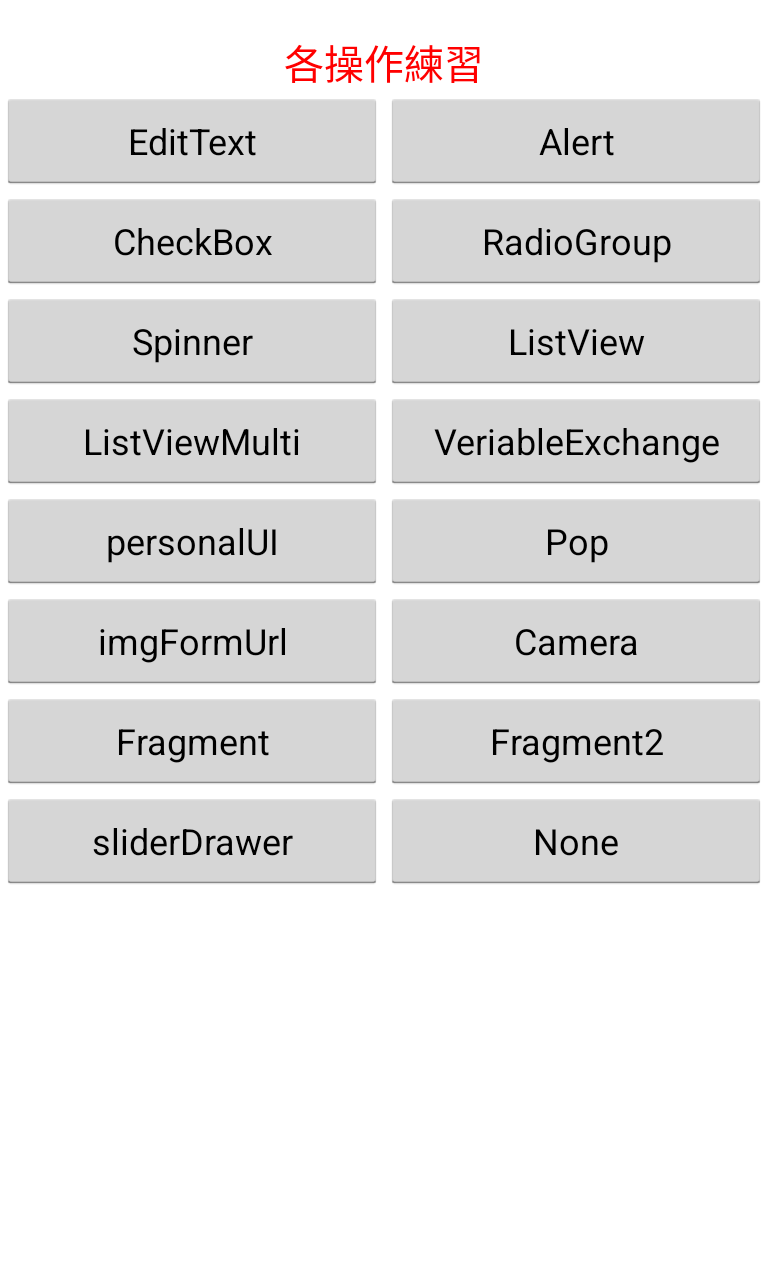
Repository: NTUSTCMAPP/cmapp
Layout: Test/Test/res/layout/activity_main.xml
An editor plug-in stored every save of this project. The layout is shown before and after the next save, followed by the edit.
It is drawn on a 768 x 1280 px phone screen (xhdpi) without system bars, with theme AppTheme; the app's code is not run. The app's manifest (not shown) leaves right-to-left support off. So textAlignment, textDirection and layoutDirection are ignored, and left and right values win over start and end ones.

Above is the layout before, as saved 2015-04-26 11:44:22.

After the next save:
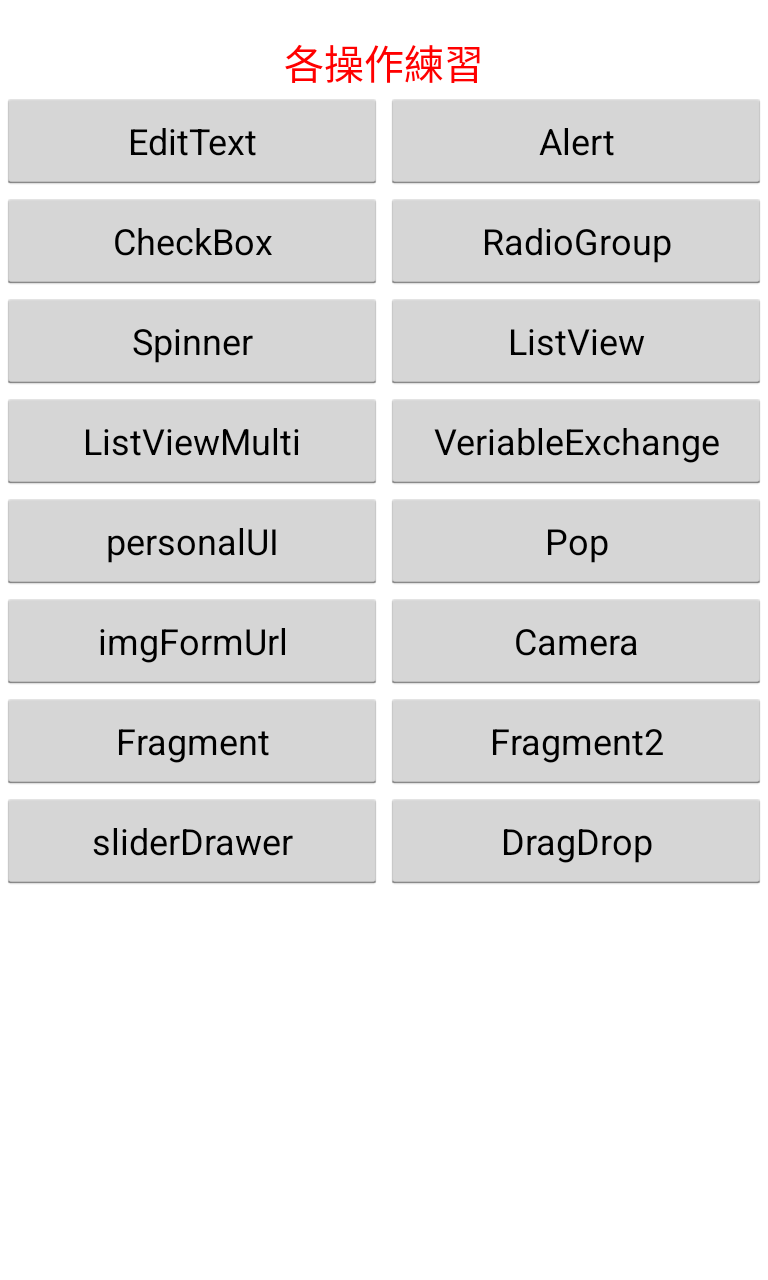
Saved 24 min 28 s later.
--- a/Test/Test/res/layout/activity_main.xml
+++ b/Test/Test/res/layout/activity_main.xml
@@ -223,12 +223,12 @@
 	        android:text="sliderDrawer" />
 
 	    <Button
-	        android:id="@+id/None"
+	        android:id="@+id/DragDrop"
 	        android:layout_width="0dp"
 	        android:layout_height="50dp"
 	        android:layout_toRightOf="@+id/sliderDrawer"
 	        android:layout_weight="1"
-	        android:text="None" />
+	        android:text="DragDrop" />
 	</LinearLayout>
 
 </RelativeLayout>
